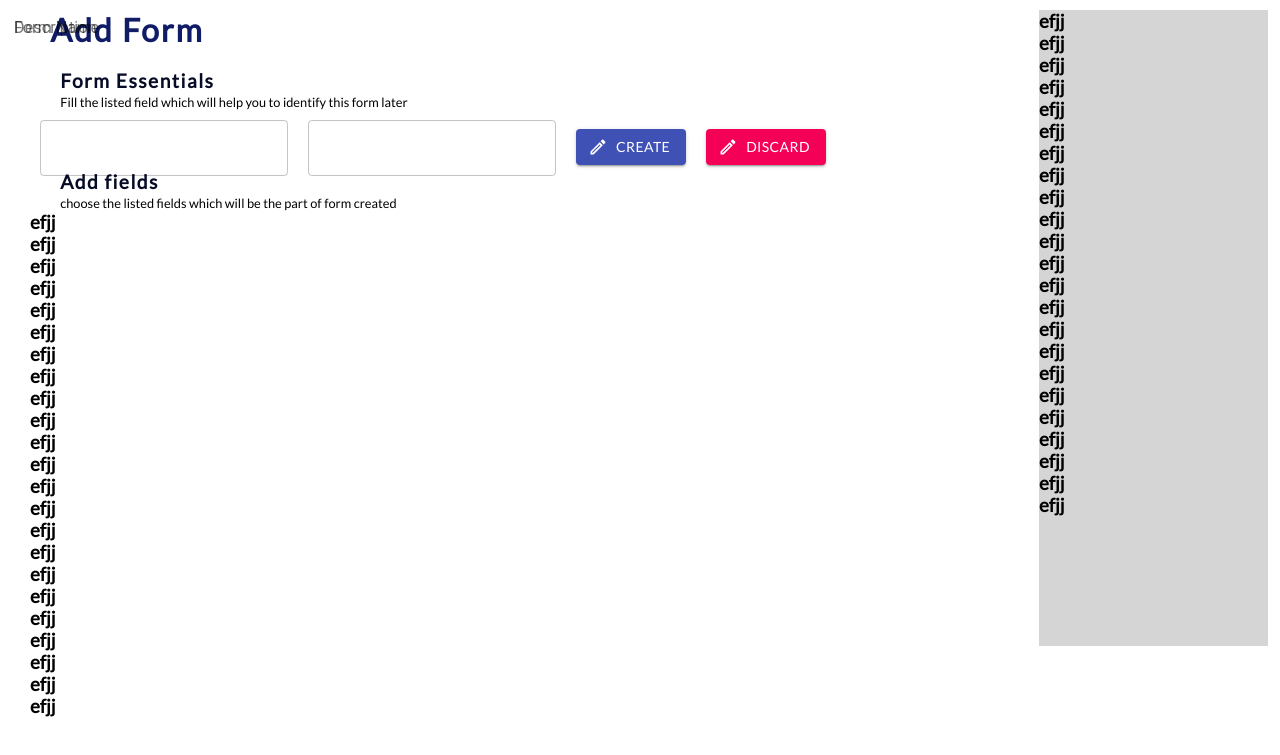
Repository: Architjain128/df
Page: /add
An editor plug-in stored every save of this project. The page is shown before and after the next save, followed by the edit.
The browser window is 1280 px wide. The pictures show the whole page.
The project was rebuilt for these pictures with package versions that can differ from the ones it lists, and the page was loaded fresh each time. Also part of the build but not shown: src/App.css, src/dftable.js, src/dataForm.js.

Above is the page before, as saved 2021-06-25 16:09:06.

After the next save:
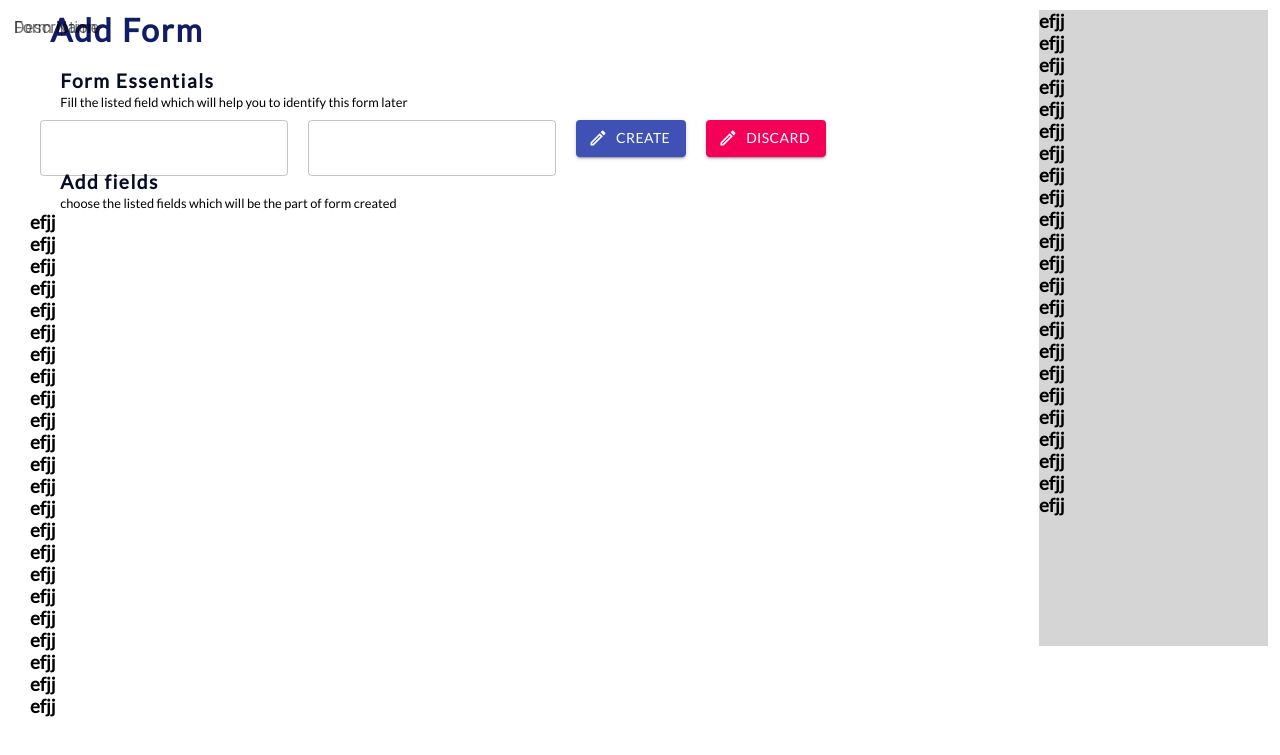
Saved 10 s later.
--- a/src/dataForm.css
+++ b/src/dataForm.css
@@ -124,7 +124,7 @@
   /* width: 60px; */
   height: 50px;
   margin: 5px;
-  line-height: 50px;
+  /* line-height: 50px; */
   color: white;
   font-weight: bold;
   /* font-size: 2em; */
